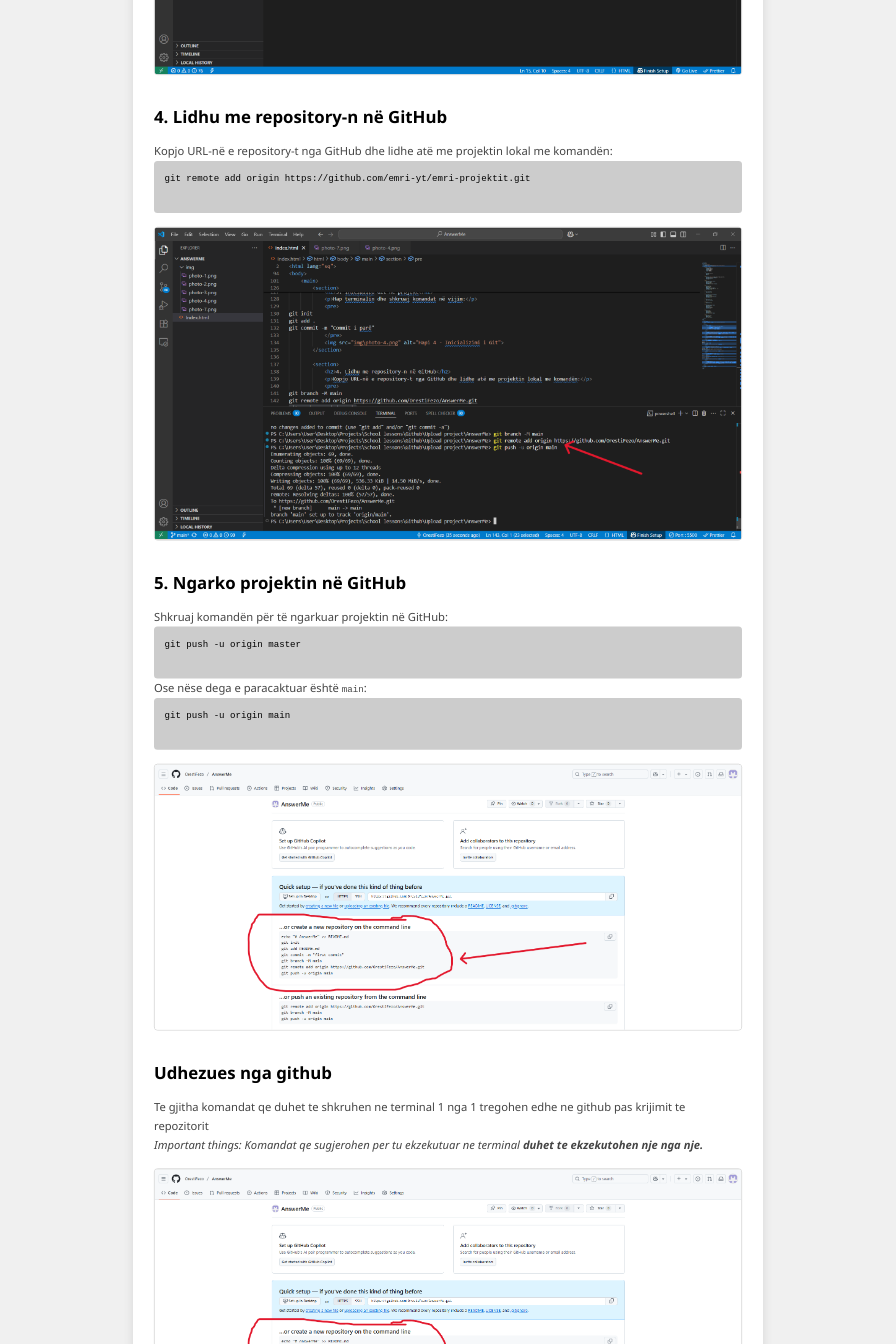
Repository: OrestiFezo/AnswerMe
Page: Index.html
These files come from the project's save history. The page is drawn as it stood at one moment and after the next save; the edit follows.
The browser window is 1280 px wide. The pictures show the part of the page from y = 3123 to 5043 px (the page is 5338 px tall before and 5382 px after), at 70% of full size.

Above is the page before, as saved 2025-07-13 20:05:46.

After the next save:
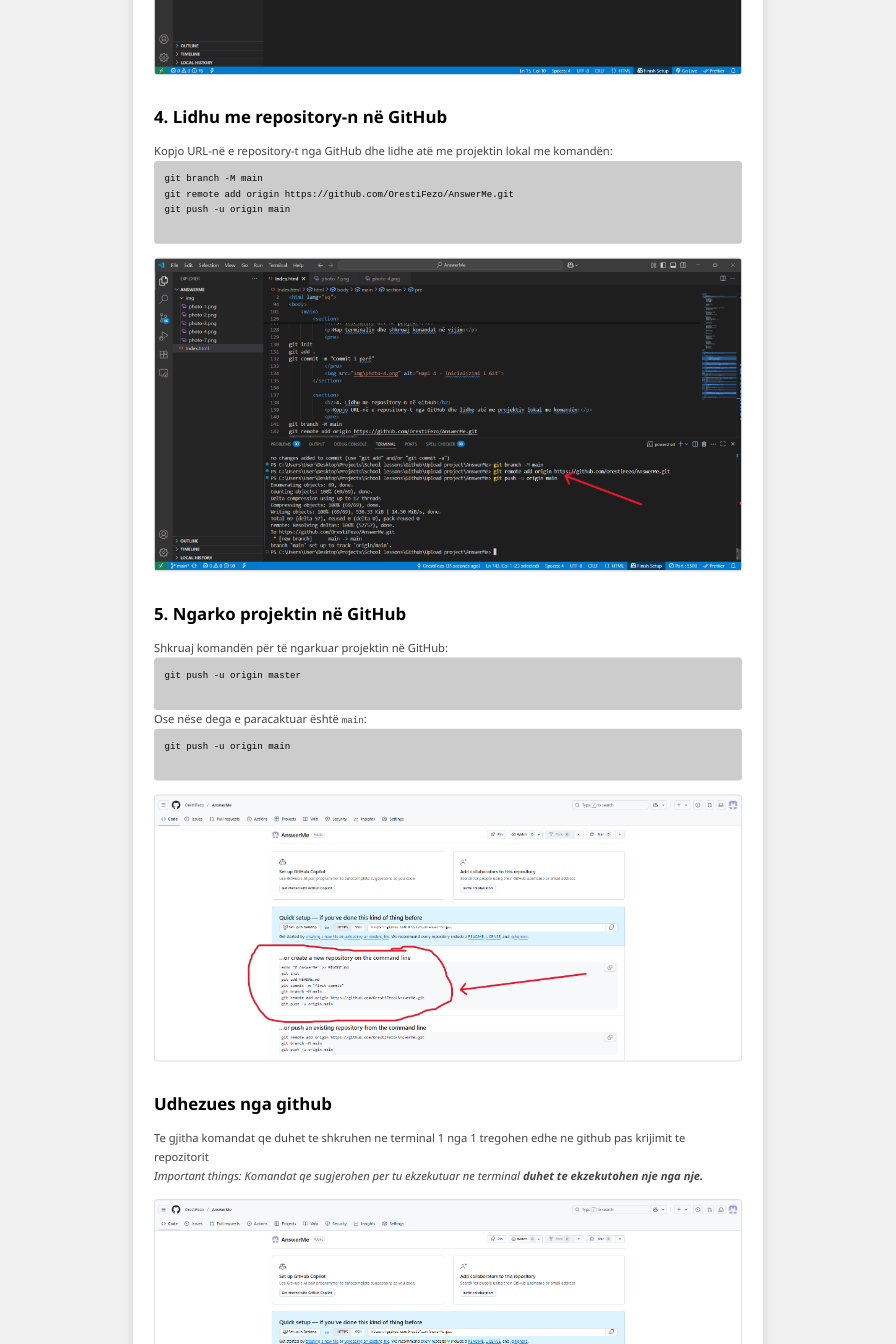
Saved 73 s later.
--- a/Index.html
+++ b/Index.html
@@ -138,7 +138,9 @@
             <h2>4. Lidhu me repository-n në GitHub</h2>
             <p>Kopjo URL-në e repository-t nga GitHub dhe lidhe atë me projektin lokal me komandën:</p>
             <pre>
-git remote add origin https://github.com/emri-yt/emri-projektit.git
+git branch -M main
+git remote add origin https://github.com/OrestiFezo/AnswerMe.git
+git push -u origin main
             </pre>
             <img src="img\photo-5.png" alt="Hapi 5 - Lidhja me GitHub">
         </section>
